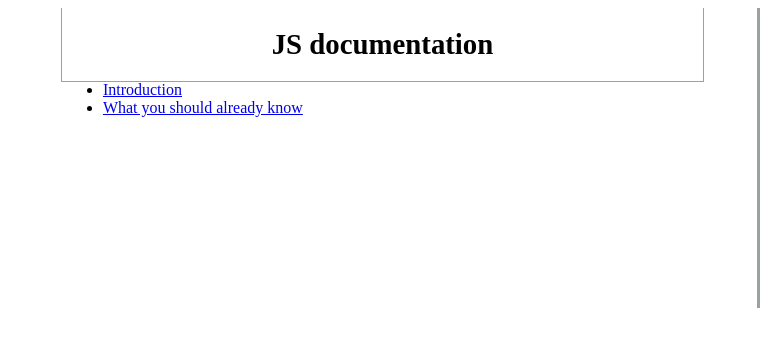
Repository: Pafestivo/Technical-documentation
Page: index.html
The author's editor kept a copy of each file at every save. The page is drawn from the files as they stood at one save, then again after the next save.
The browser window is 768 px wide. The pictures show the whole page.

Above is the page before, as saved 2022-09-07 14:44:40.

After the next save:
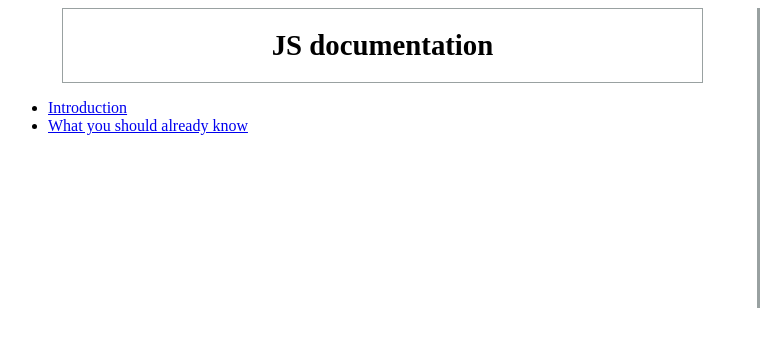
Saved 24 s later.
--- a/styles.css
+++ b/styles.css
@@ -3,10 +3,6 @@
   border-right: solid;
   border-color: rgba(0, 22, 22, 0.4);
   min-width: 300px;
-}
-
-#navbar header {
-  margin: -1px;
 }
 
 #navbar header h1{
@@ -29,11 +25,6 @@
     overflow: hidden;
   }
 
-  #navbar ul {
-    width: 80%;
-    margin: 0 auto;
-  }
-
   #navbar h1 {
     width: 80%;
     margin: 0 auto;
